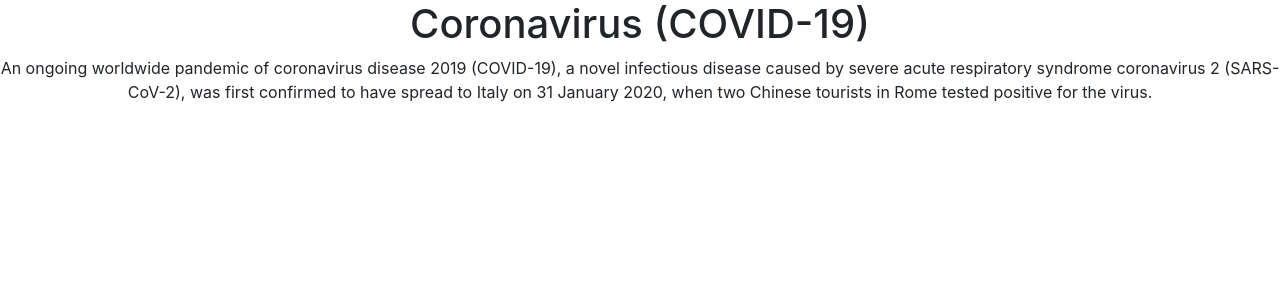
Repository: ahmadsaadkhan/react-covid-app
Page: /
An editor plug-in stored every save of this project. The page is shown before and after the next save, followed by the edit.
The browser window is 1280 px wide. The pictures show the whole page.
The page's requests for data from a server got no answer. The project was rebuilt for these pictures with package versions that can differ from the ones it lists, and the page was loaded fresh each time. No one was signed in, and anything a server would have sent is missing.

Above is the page before, as saved 2021-04-19 15:40:42.

After the next save:
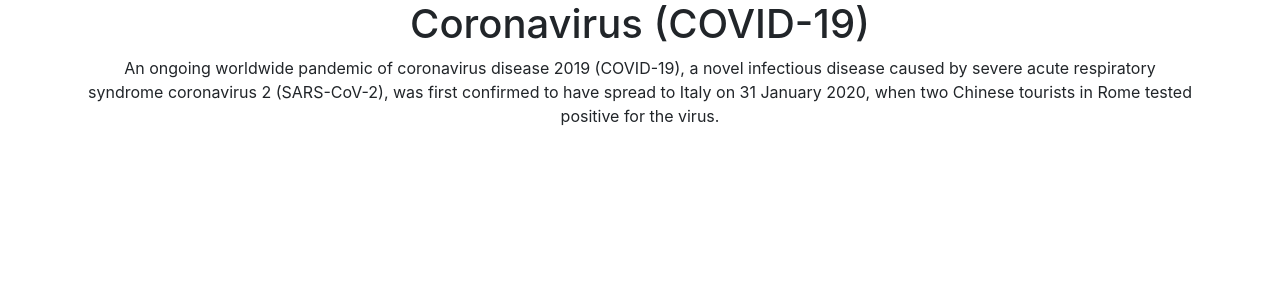
Saved 5 min 57 s later.
--- a/src/App.js
+++ b/src/App.js
@@ -34,9 +34,12 @@ function App() {
 
   return (
     <div className="App">
+      <div className="container">
+
       <h1>Coronavirus (COVID-19)</h1>
       <p>An ongoing worldwide pandemic of coronavirus disease 2019 (COVID-19), a novel infectious disease caused by severe acute respiratory syndrome coronavirus 2 (SARS-CoV-2), was first confirmed to have spread to Italy on 31 January 2020, when two Chinese tourists in Rome tested positive for the virus.</p>
       {Covid_Data && <h2 className="text-danger">Total Cases:::::: {Covid_Data[0].TotalCases}</h2>}
+      </div>
     </div>
   );
 }
